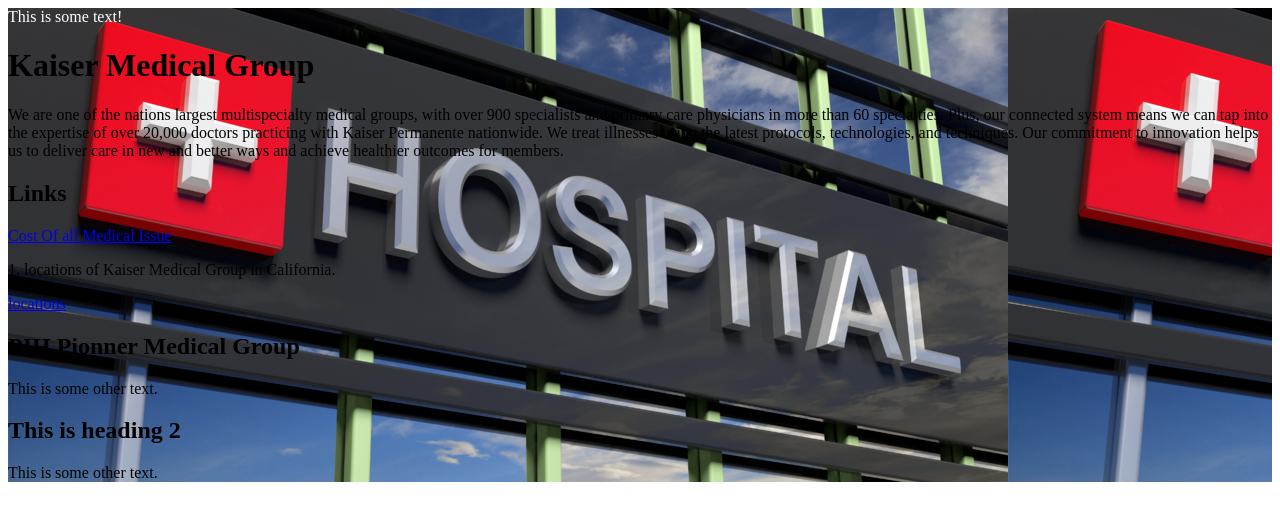
Repository: prathampatel1/pratham12.github.io
Page: choose your hosital/project.html
The author's editor kept a record of every edit. The page is drawn from the files as they stood at one moment, then again after the next edit.
The browser window is 1280 px wide. The pictures show the whole page.

Above is the page before.

After the next edit:
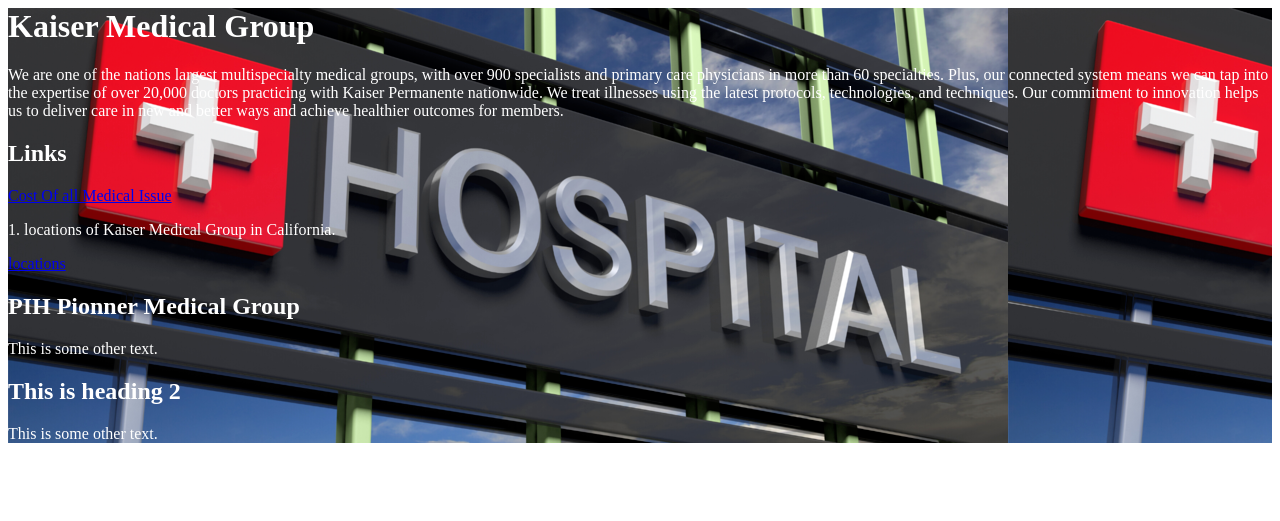
The edit:
--- a/choose your hosital/project.html
+++ b/choose your hosital/project.html
@@ -2,7 +2,7 @@
 <body>
 
 <div style="background-image: url('Hospital.png');">
-<p><font color="white">This is some text!</font></p>
+<p><font color="white">
 
 <h1>Kaiser Medical Group </h1>
 <p>We are one of the nations largest multispecialty medical groups, with over 900 specialists and primary care physicians in more than 60 specialties. Plus, our connected system means we can tap into the expertise of over 20,000 doctors practicing with Kaiser Permanente nationwide.
